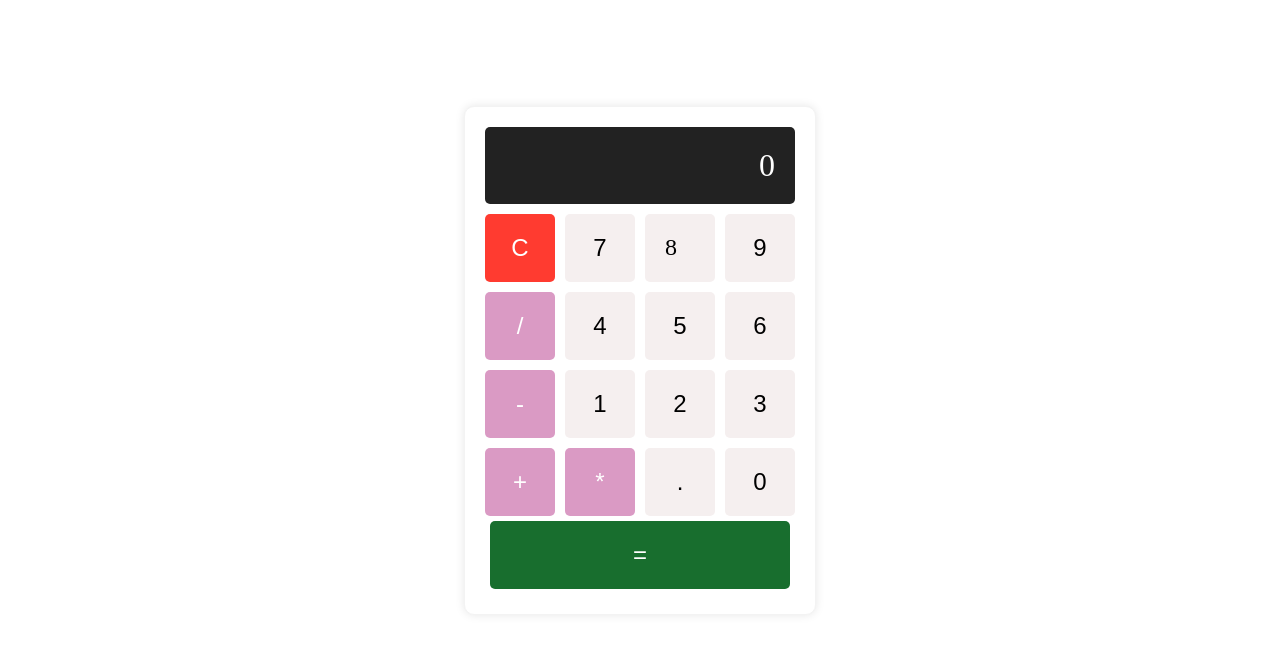
Repository: alizey12/calculator
Page: index.html
The author's editor kept a copy of each file at every save. The page is drawn from the files as they stood at one save, then again after the next save.
The browser window is 1280 px wide. The pictures show the whole page.

Above is the page before, as saved 2024-11-23 20:20:17.

After the next save:
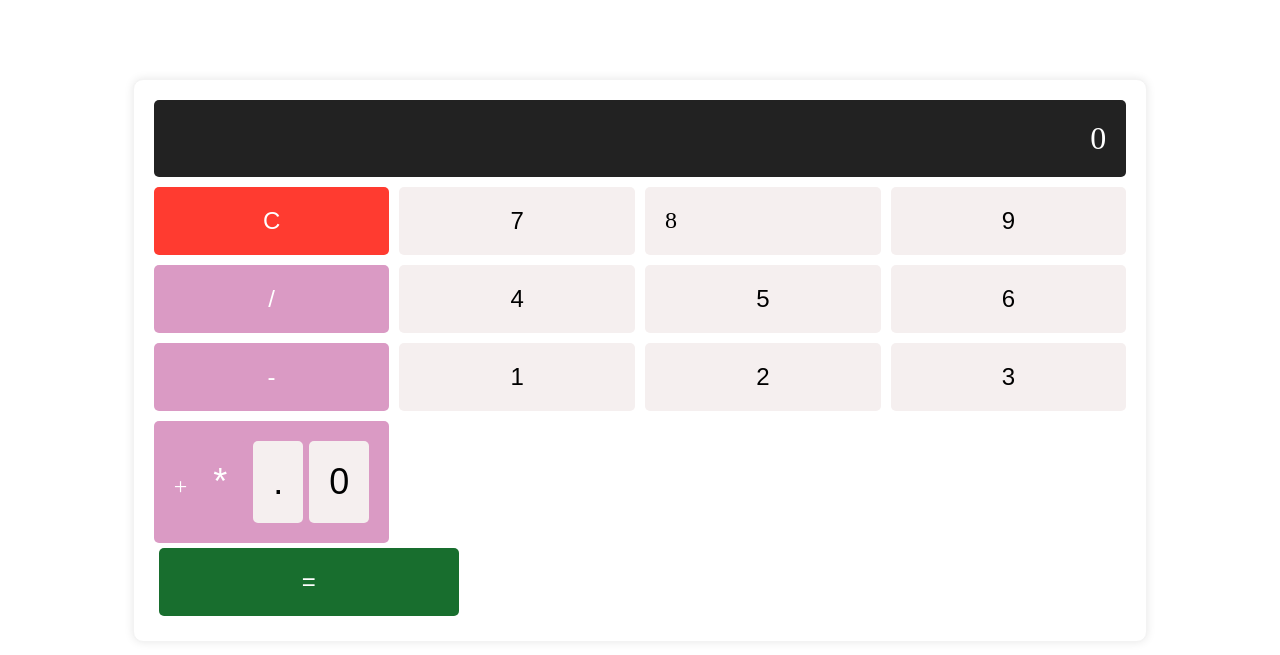
Saved 7 s later.
--- a/index.html
+++ b/index.html
@@ -24,7 +24,7 @@
                 <button onclick="appendValue('1')" class="btn">1</button>
                 <button onclick="appendValue('2')" class="btn">2</button>
                 <button onclick="appendValue('3')" class="btn">3</button>
-                <button class="btn operator">+</button>
+                <buttononclick="operate('*')" class="btn operator">+</buttononclick=>
                 <button class="btn operator">*</button>
                 <button onclick="appendValue('.')" class="btn">.</button>
                 <button onclick="appendValue('0')" class="btn">0</button>

After the 2 saves that followed:
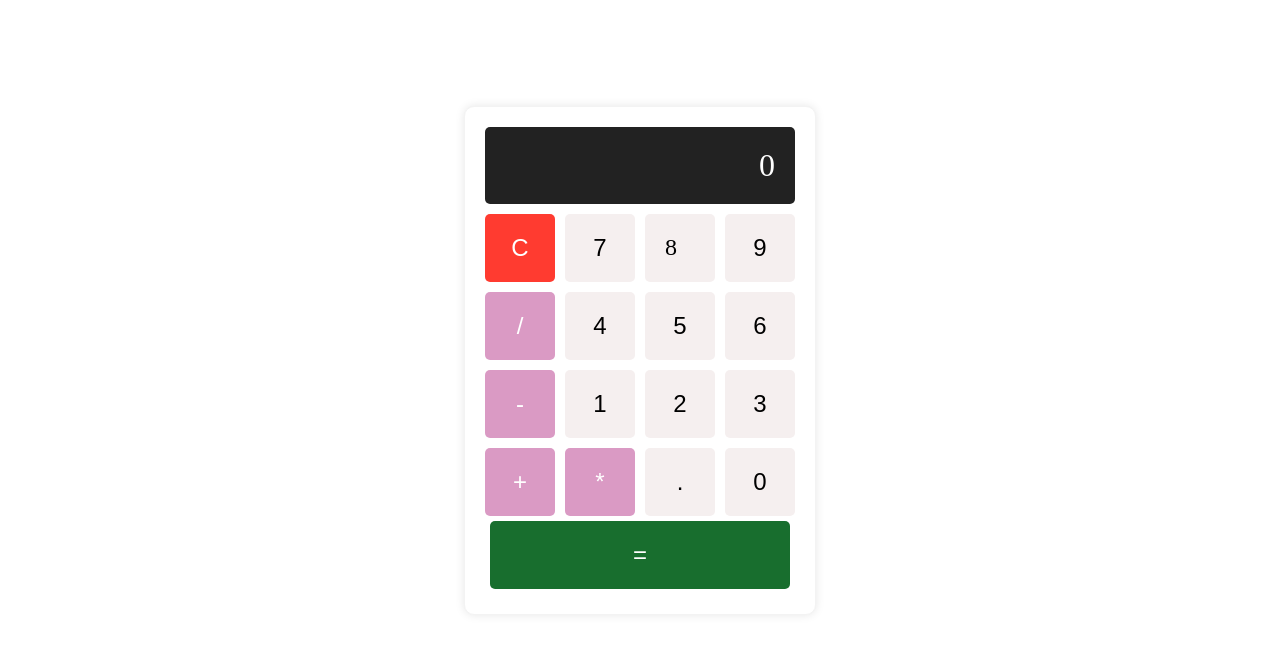
The 2 saves are shown as one change because they came seconds apart.
The last was saved 8 s later.
--- a/index.html
+++ b/index.html
@@ -24,8 +24,8 @@
                 <button onclick="appendValue('1')" class="btn">1</button>
                 <button onclick="appendValue('2')" class="btn">2</button>
                 <button onclick="appendValue('3')" class="btn">3</button>
-                <buttononclick="operate('*')" class="btn operator">+</buttononclick=>
-                <button class="btn operator">*</button>
+                <button onclick="operate('*')" class="btn operator">+</button>
+                <button onclick="operate('*')" class="btn operator">*</button>
                 <button onclick="appendValue('.')" class="btn">.</button>
                 <button onclick="appendValue('0')" class="btn">0</button>
 
